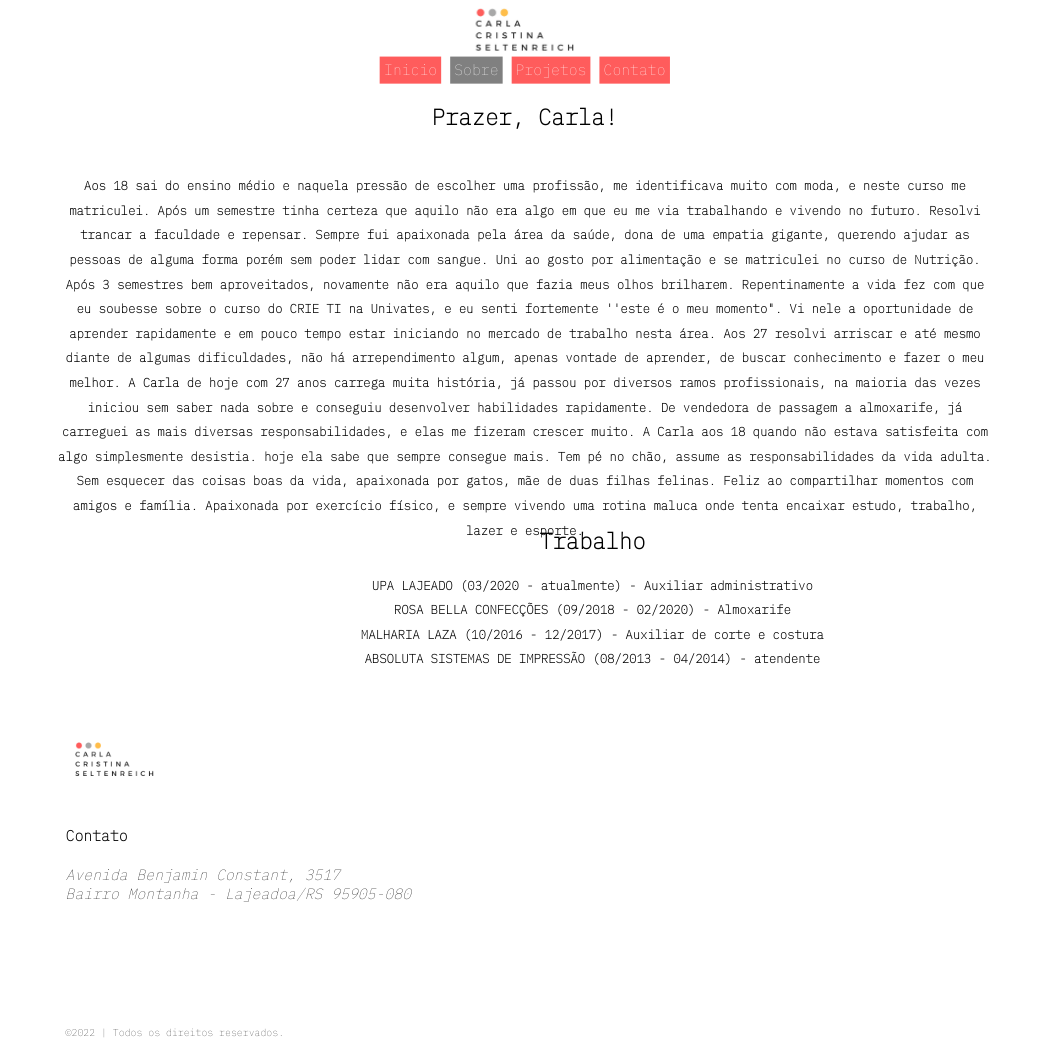
Repository: carla-seltenreich/portfolio
Page: about.html
These files come from the project's save history. The page is drawn as it stood at one moment and after the next save; the edit follows.
The browser window is 1280 px wide. The pictures show the whole page, at 82% of full size.

Above is the page before, as saved 2022-05-26 18:21:35.

After the next save:
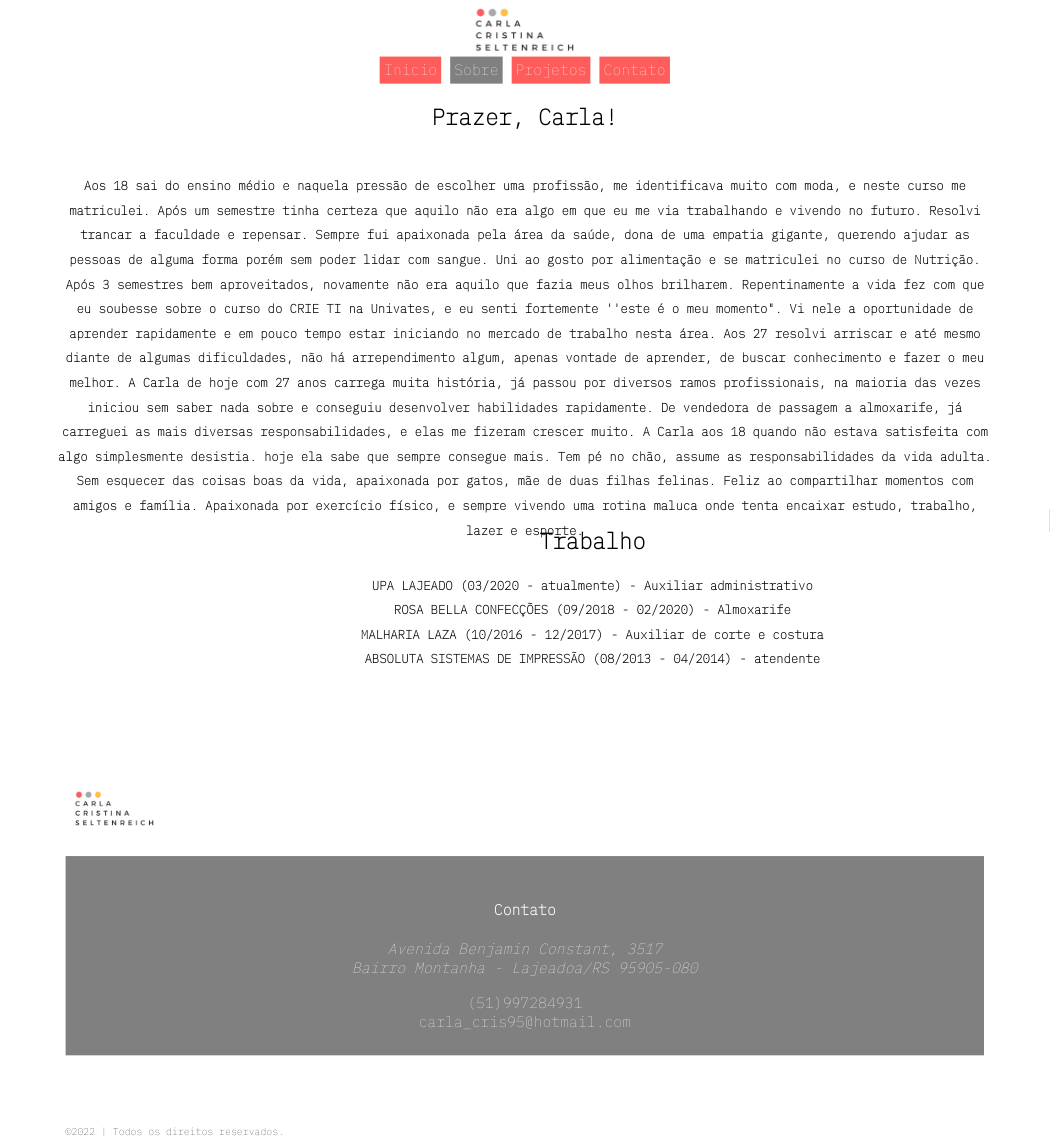
Saved 32 s later.
--- a/style.css
+++ b/style.css
@@ -240,8 +240,11 @@
 }
 
 .footer-contact {
-    position: inherit;
-    top: 10px;
+
+    color: #fff;
+    background: grey;
+    padding: 30px 0;
+    text-align: center;
 }
 
 .footer {

After the save that followed:
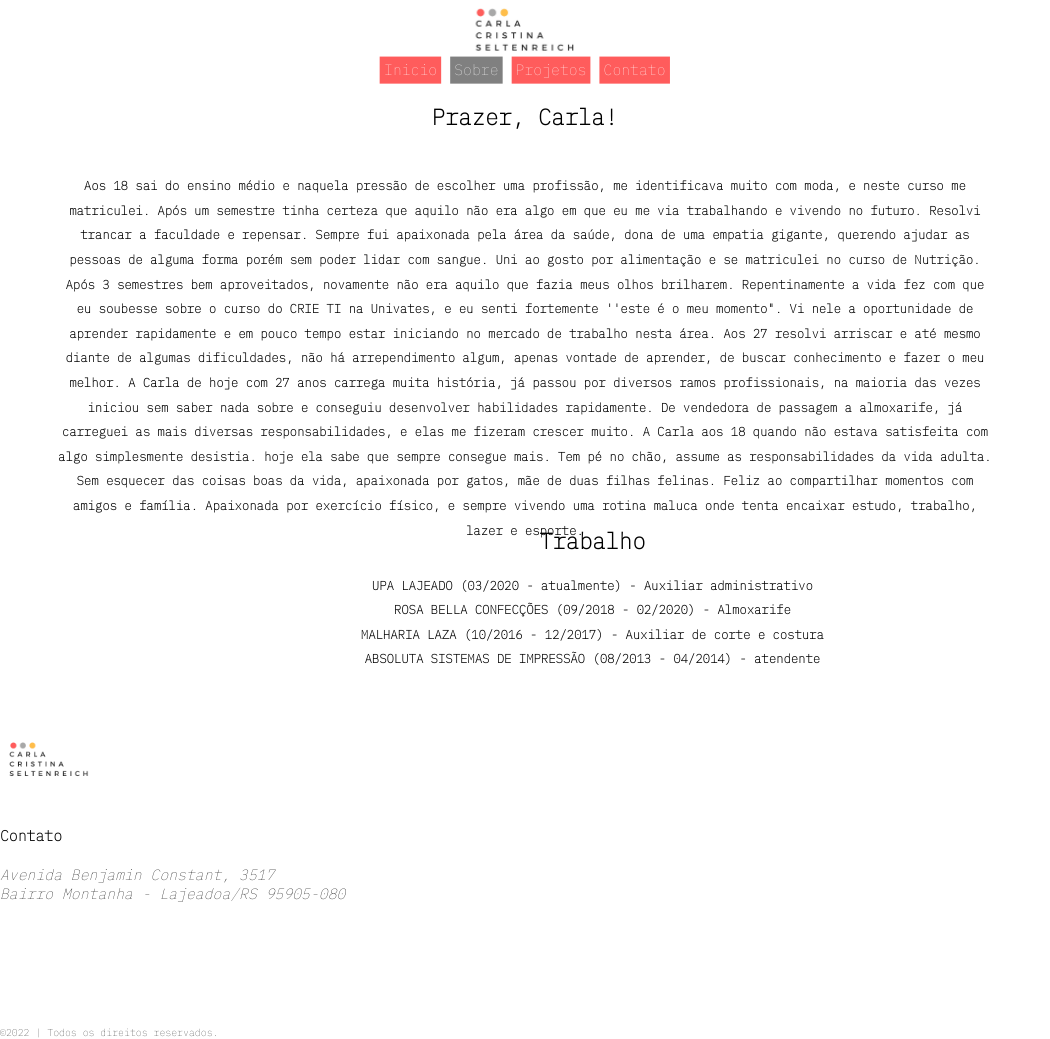
Saved 116 s later.
--- a/style.css
+++ b/style.css
@@ -6,7 +6,7 @@
 }
 
 .container {
-    max-width: 1120px;
+
     margin: 0 auto;
 }
 
@@ -239,14 +239,6 @@
     position: relative;
 }
 
-.footer-contact {
-
-    color: #fff;
-    background: grey;
-    padding: 30px 0;
-    text-align: center;
-}
-
 .footer {
     color: #fff;
     background: grey;
